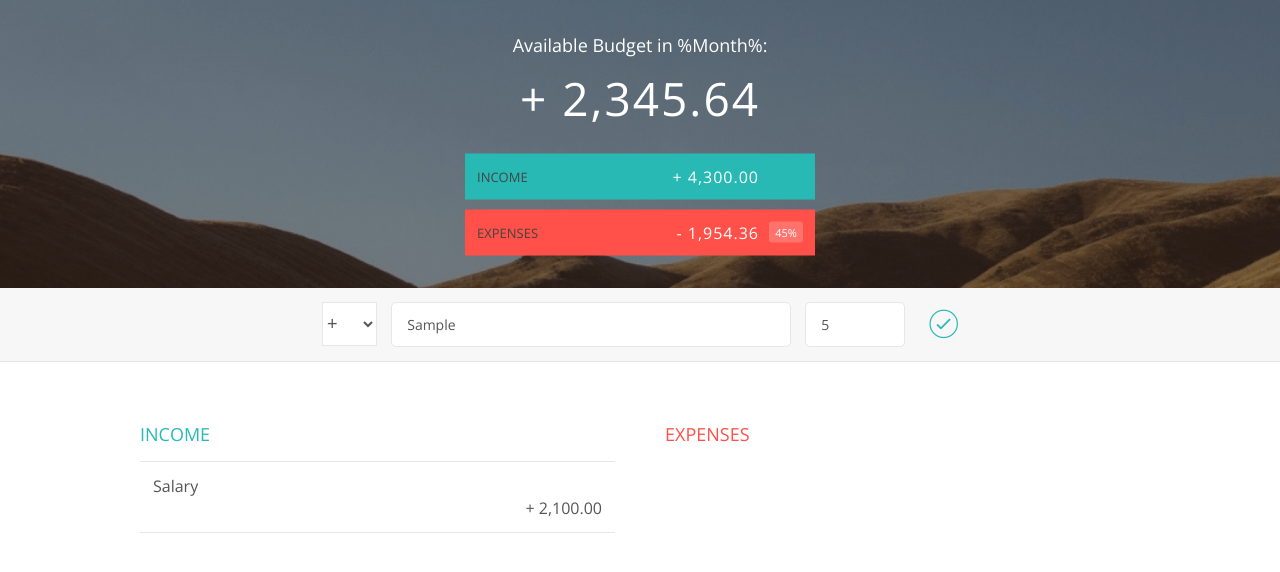
Repository: JocheAttah/Budgety
Page: index.html
An editor plug-in stored every save of this project. The page is shown before and after the next save, followed by the edit.
The browser window is 1280 px wide. The pictures show the whole page.
Empty fields were first filled with sample values (such as "Sample", 5 or name@example.com).
After loading, the first visible `button.add__btn` was clicked once.

Above is the page before, as saved 2020-03-02 02:39:44.

After the next save:
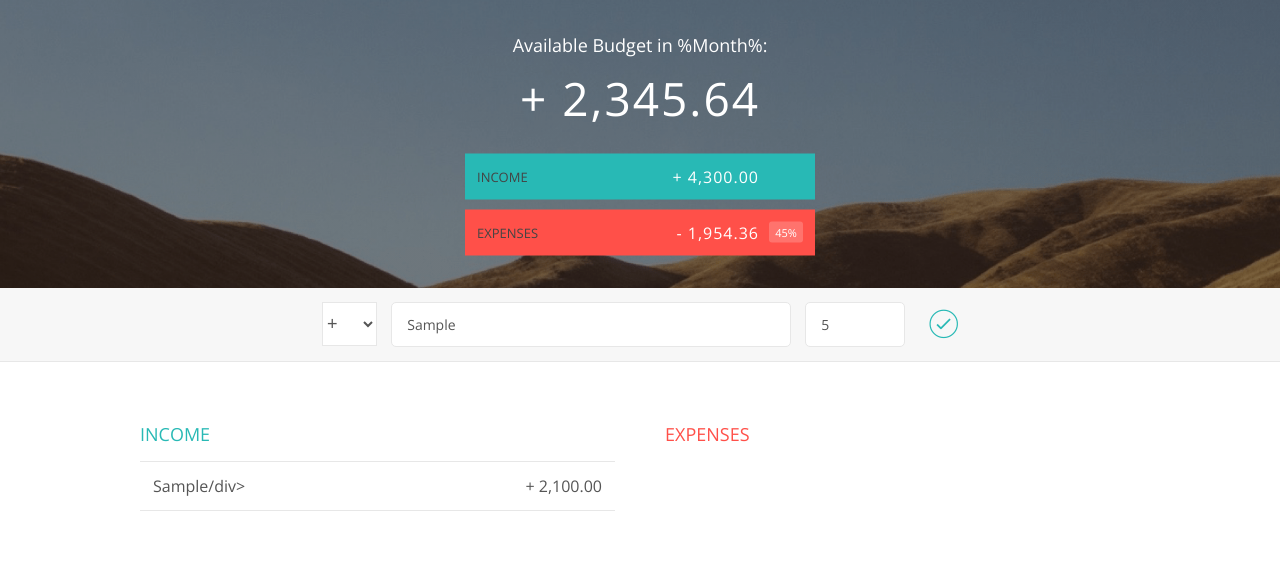
Saved 5 s later.
--- a/js/app.js
+++ b/js/app.js
@@ -85,7 +85,7 @@ var uiController = (function() {
 
             if (type === 'inc'){
                 element = document.querySelector(DOMstrings.inputIncome);
-                html = '<div class="item clearfix" id="income-%id%"><div class="item__">Salary</div><div class="right clearfix"><div class="item__%value%">+ 2,100.00</div><div class="item__delete"><button class="item__delete--btn"><i class="ion-ios-close-outline"></i></button></div></div></div>'
+                html = '<div class="item clearfix" id="income-%id%"><div class="item__">%description%/div><div class="right clearfix"><div class="item__%value%">+ 2,100.00</div><div class="item__delete"><button class="item__delete--btn"><i class="ion-ios-close-outline"></i></button></div></div></div>'
             } else if (type === 'exp'){
                 element = document.querySelector(DOMstrings.inputExpenses);
                 html = '<div class="item clearfix" id="expense-%id%"><div class="item__%description%">Apartment rent</div><div class="right clearfix"><div class="item__%value%">- 900.00</div><div class="item__percentage">21%</div><div class="item__delete"><button class="item__delete--btn"><i class="ion-ios-close-outline"></i></button></div></div></div>'
